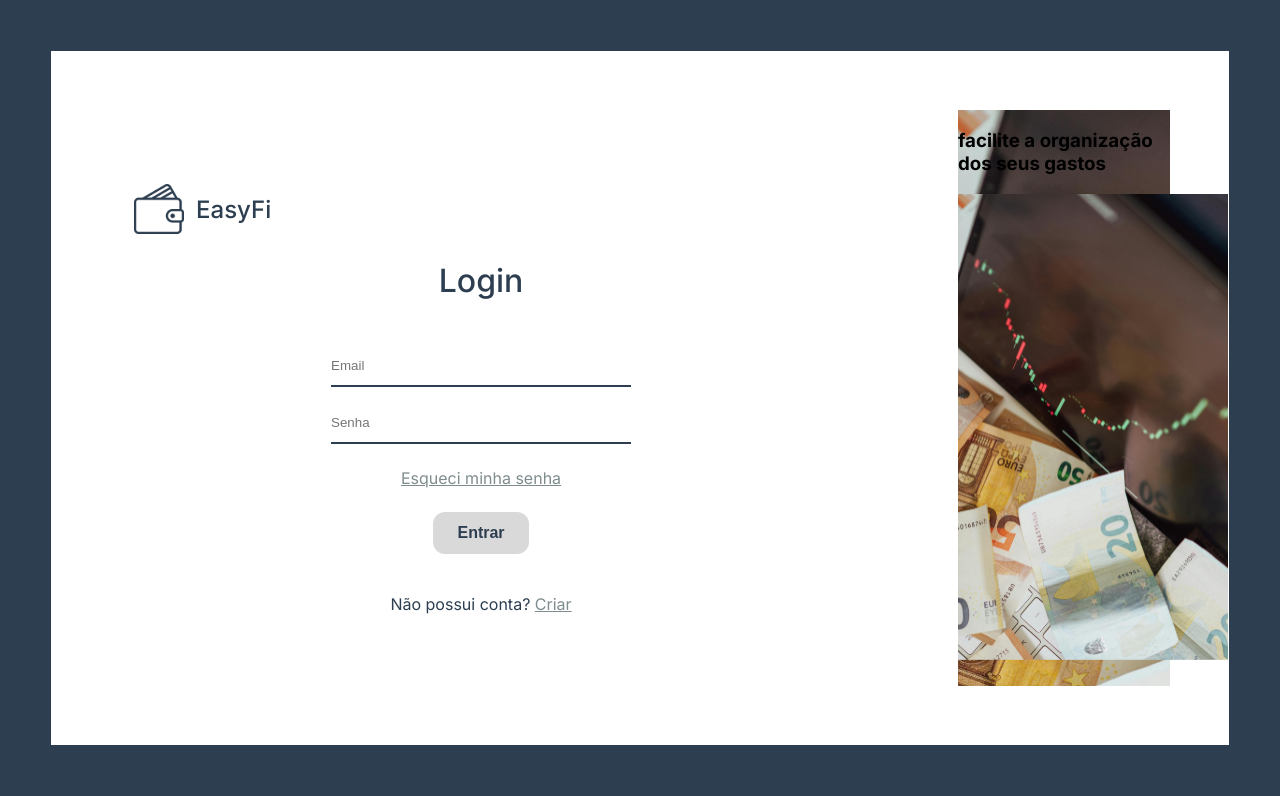
Repository: Ingridiag/projeto-engenharia
Page: login.html
These files come from the project's save history. The page is drawn as it stood at one moment and after the next save; the edit follows.
The browser window is 1280 px wide. The pictures show the whole page.

Above is the page before, as saved 2024-10-28 16:57:02.

After the next save:
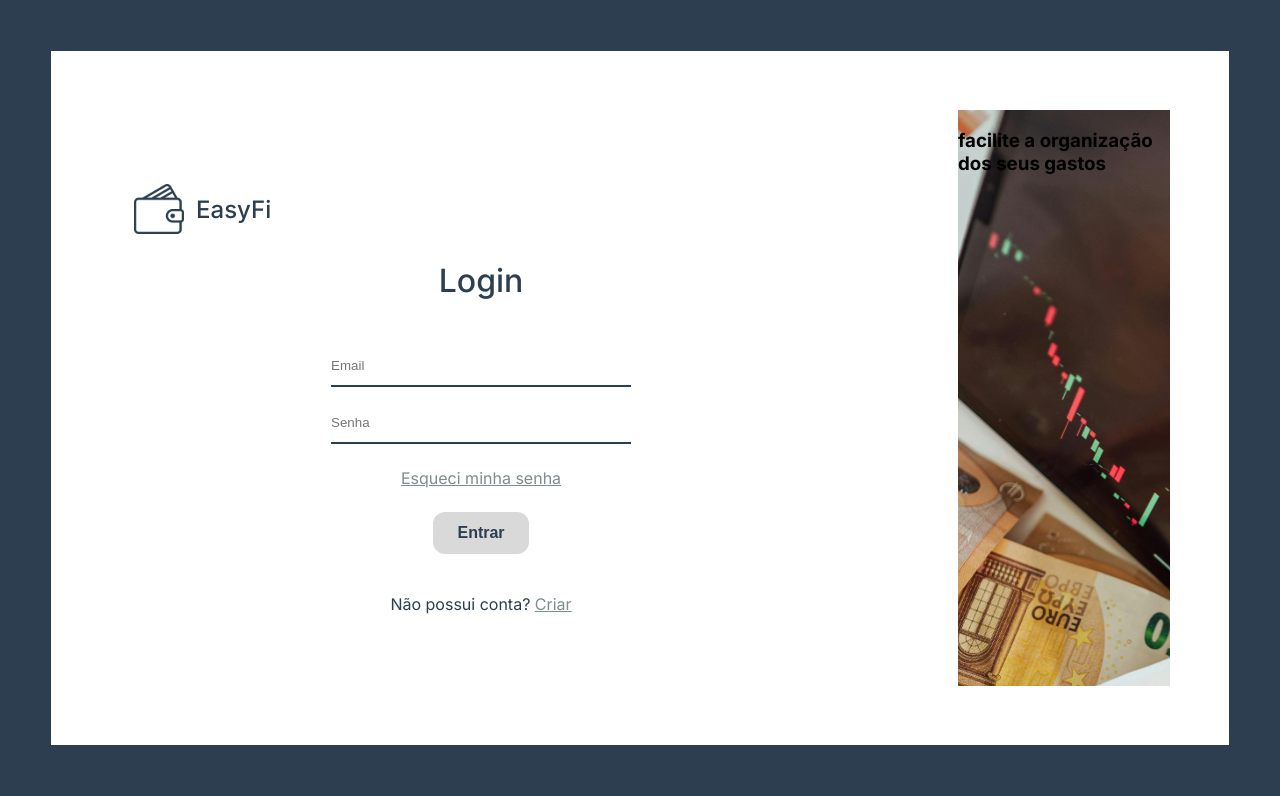
Saved 8 s later.
--- a/login.html
+++ b/login.html
@@ -50,7 +50,7 @@ rel="stylesheet">
                 <h3 class="mensagem">
                     facilite a organização dos seus gastos
                 </h3>
-                <img width="270" src="imagens/imagem_background.svg" alt="imagem_background">
+
             </div>
         </div>
 
